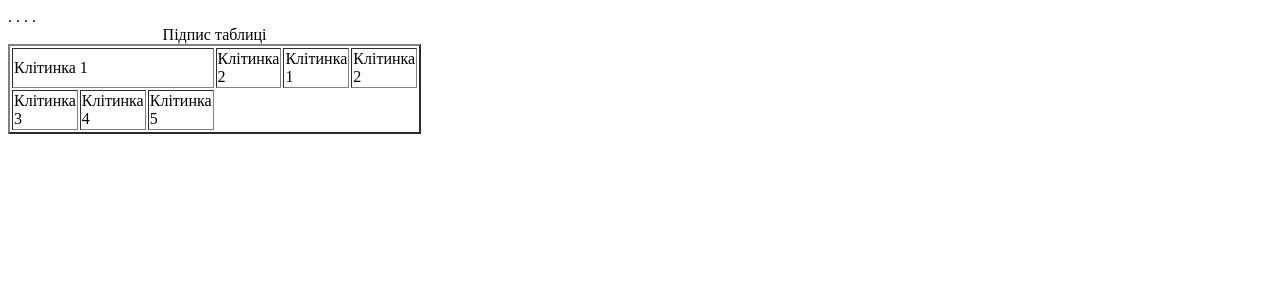
Repository: KseniaMakara/Web
Page: tables/index.html
The author's editor kept a copy of each file at every save. The page is drawn from the files as they stood at one save, then again after the next save.
The browser window is 1280 px wide. The pictures show the whole page.

Above is the page before, as saved 2021-02-14 12:10:51.

After the next save:
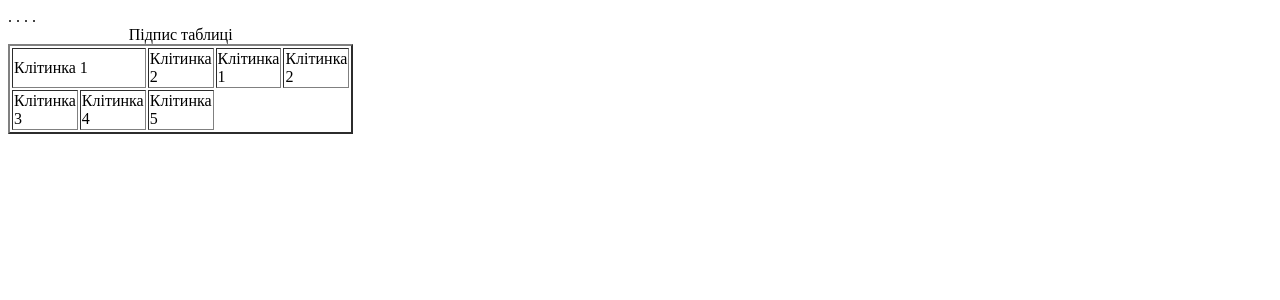
Saved 37 s later.
--- a/tables/index.html
+++ b/tables/index.html
@@ -1,7 +1,7 @@
 <table border="2px" width="300px">
     <caption>Підпис таблиці</caption>
     <tr>
-    <td colspan="3"> Клітинка 1 </td>
+    <td colspan="2"> Клітинка 1 </td>
     <td> Клітинка 2 </td>
     <td colspan="3"> Клітинка 1 </td>
     <td> Клітинка 2 </td>
